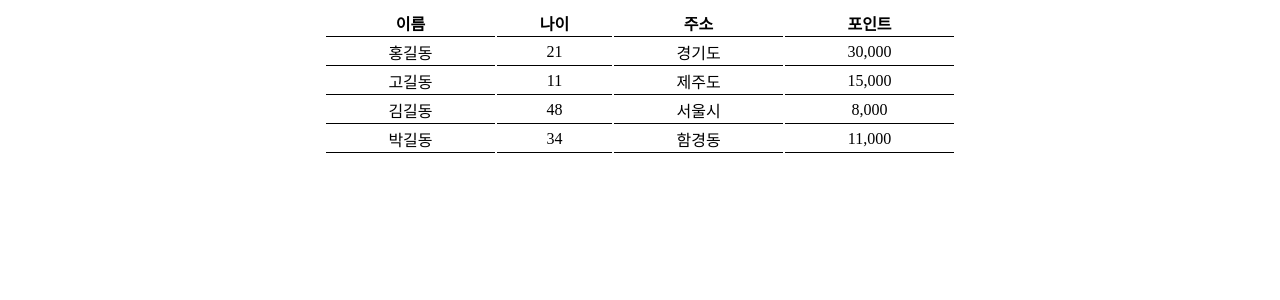
Repository: claddds/2023_webstudy
Page: 01_html/src/main/webapp/day03/ex05_tableStyling.html
An editor plug-in stored every save of this project. The page is shown before and after the next save, followed by the edit.
The browser window is 1280 px wide. The pictures show the whole page.

Above is the page before, as saved 2023-06-21 02:08:34.

After the next save:
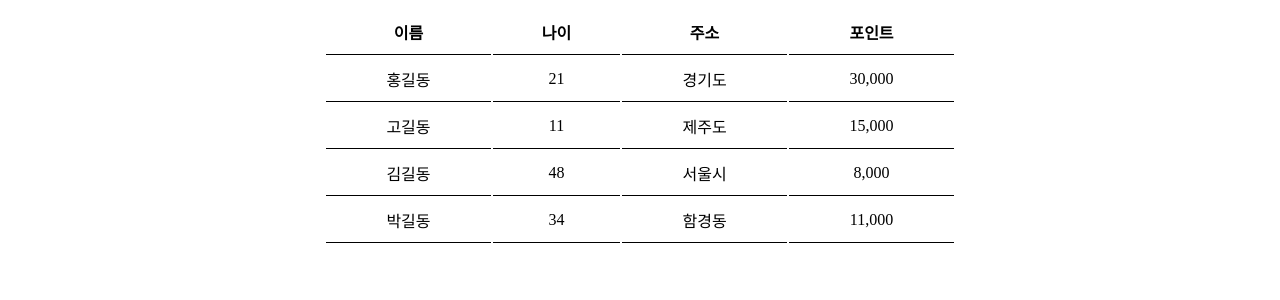
Saved 3 min 28 s later.
--- a/01_html/src/main/webapp/day03/ex05_tableStyling.html
+++ b/01_html/src/main/webapp/day03/ex05_tableStyling.html
@@ -2,17 +2,22 @@
 <html>
 <head>
 <meta charset="UTF-8">
-<title>table:nth-child(even|odd)</title>
+<title>hover 이용</title>
 <style type="text/css">
 	table{
 		width: 50%;
 		margin: auto;
 	}
+
 	th,td{
 		text-align: center;
 		border-bottom: 1px solid #000;
+		padding: 10px;
 	}
-
+	/*tr에 마우스 포인터를 놓으면*/
+	tr:hover{
+		background-color: #d3ffff;
+	}
 </style>
 </head>
 <body>
